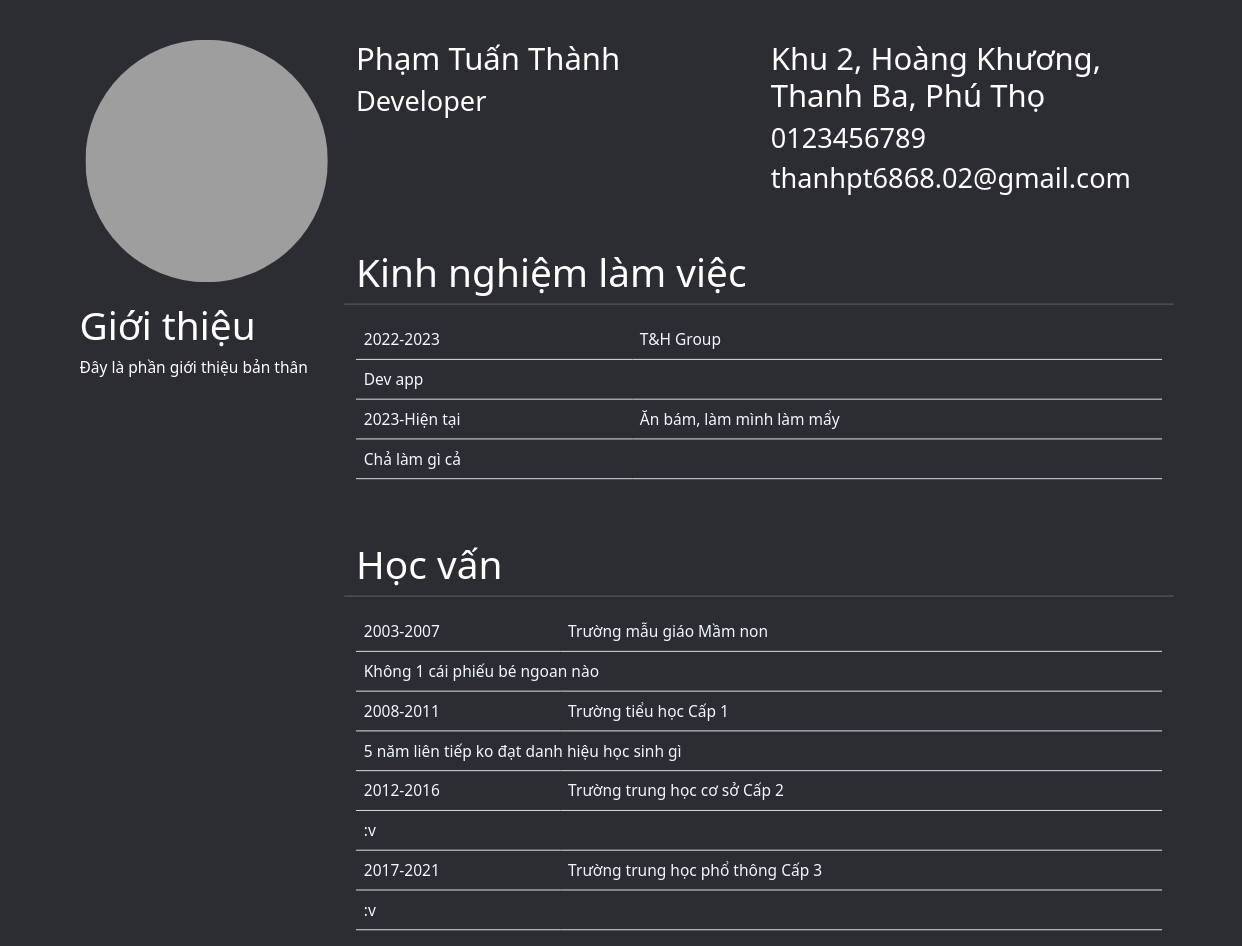
Repository: thanhp6868/ltWeb
Page: 2709/cv/index.html
An editor plug-in stored every save of this project. The page is shown before and after the next save, followed by the edit.
The browser window is 1280 px wide. The pictures show the whole page, at 97% of full size.
Pictures or frames that could not be fetched are drawn as grey boxes.

Above is the page before, as saved 2023-10-04 10:28:37.

After the next save:
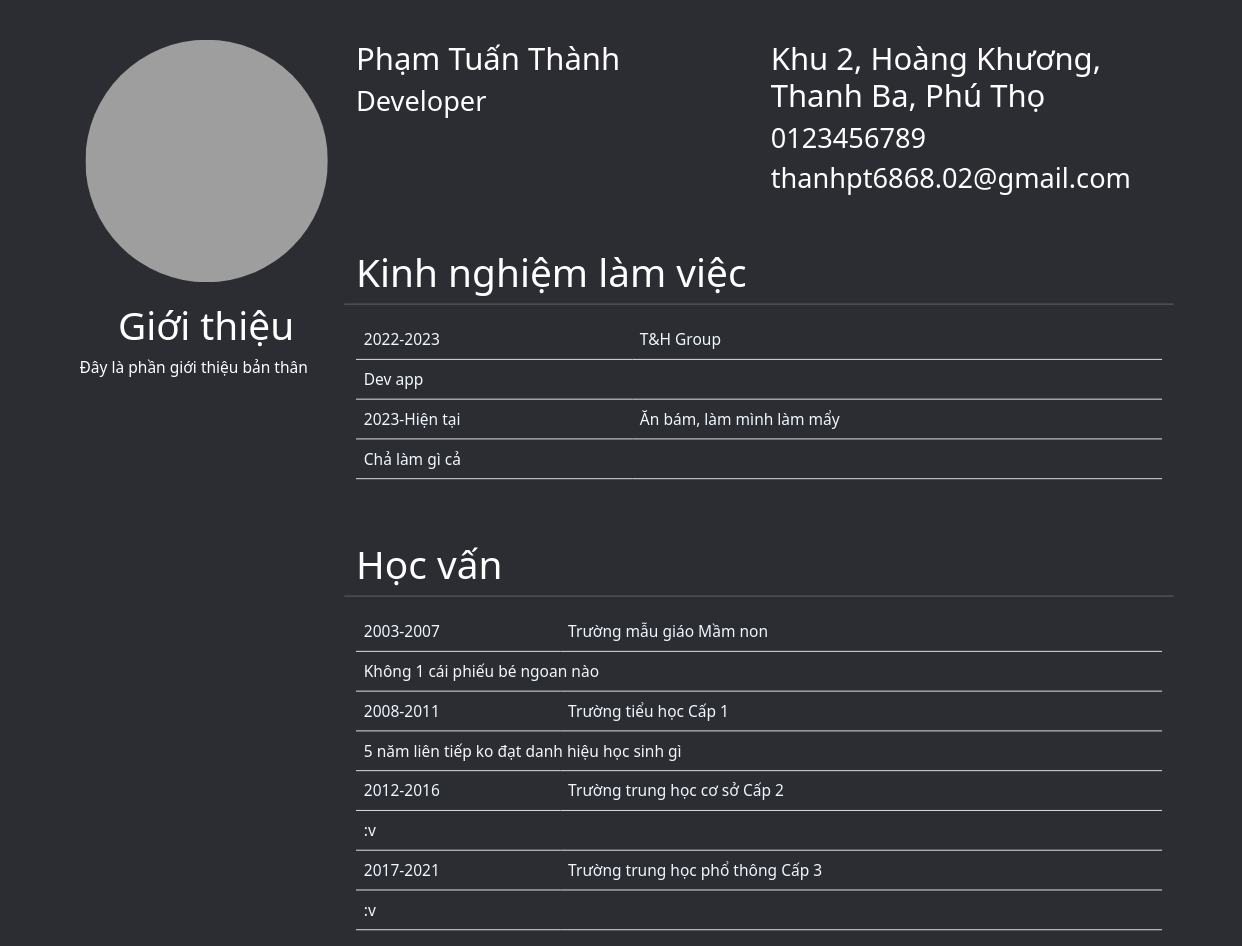
Saved 25 s later.
--- a/2709/cv/index.html
+++ b/2709/cv/index.html
@@ -16,7 +16,7 @@
                         </div>
                     </div>
                     <div class="row">
-                        <h1>Giới thiệu</h1>
+                        <Center><h1>Giới thiệu</h1></Center>
                         <p>
                            Đây là phần giới thiệu bản thân                        </p>
                     </div>
